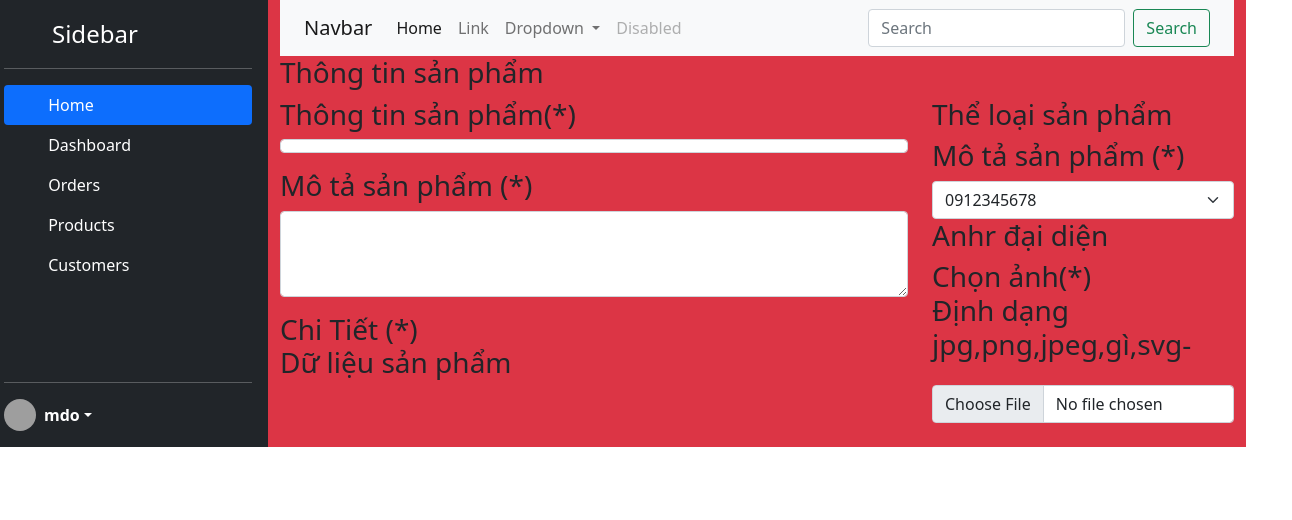
Repository: Lehuyhuynh/BT12-BOOTSTRAP
Page: index.html
An editor plug-in stored every save of this project. The page is shown before and after a run of saves, followed by the edit.
The browser window is 1280 px wide. The page is 1292 px wide, so the pictures cover 1292 px, including what lies to the right of the window. The pictures show the whole page.
Pictures or frames that could not be fetched are drawn as grey boxes.

Above is the page before, as saved 2023-08-19 22:44:02.

After the next 6 saves:
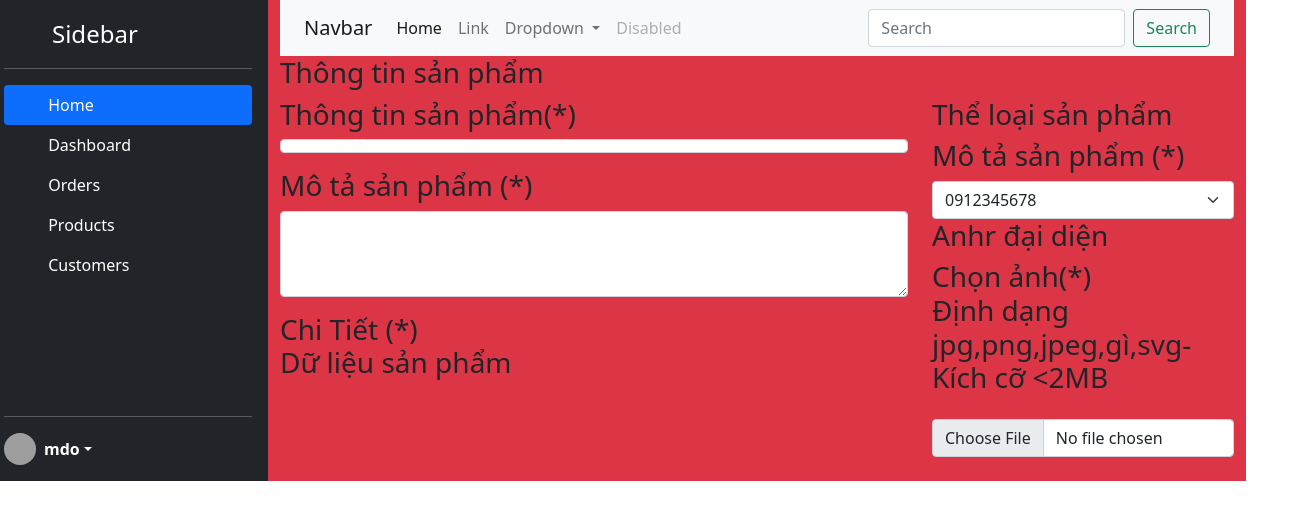
The 6 saves are shown as one change because they came seconds apart.
The last was saved 17 s later.
--- a/index.html
+++ b/index.html
@@ -154,7 +154,7 @@
                 <h3>Anhr đại diện</h3>
                 <div class="mb-3">
                   <label for="formFile" class="form-label">Chọn ảnh(*)
-                    <p>Định dạng jpg,png,jpeg,gì,svg-</p>
+                    <p>Định dạng jpg,png,jpeg,gì,svg-Kích cỡ <2MB</p>
                   </label>
                   <input class="form-control" type="file" id="formFile">
                 </div>
